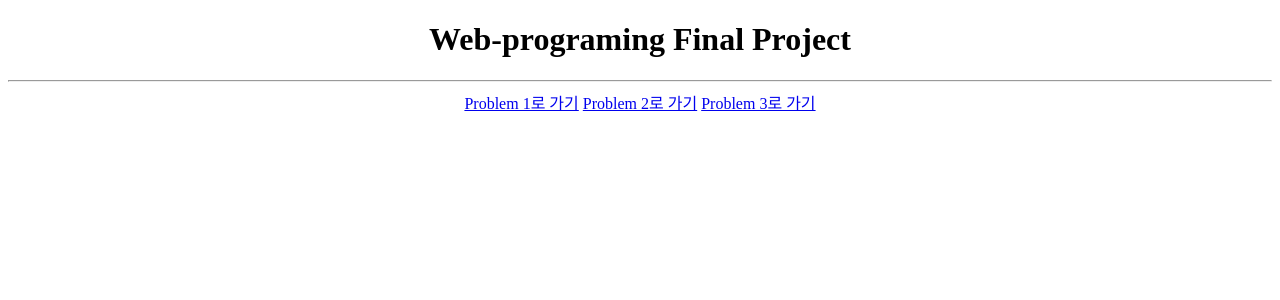
Repository: sonyeseul/pr1
Page: project1/src/main/webapp/main.html
An editor plug-in stored every save of this project. The page is shown before and after the next save, followed by the edit.
The browser window is 1280 px wide. The pictures show the whole page.

Above is the page before, as saved 2023-07-18 10:49:29.

After the next save:
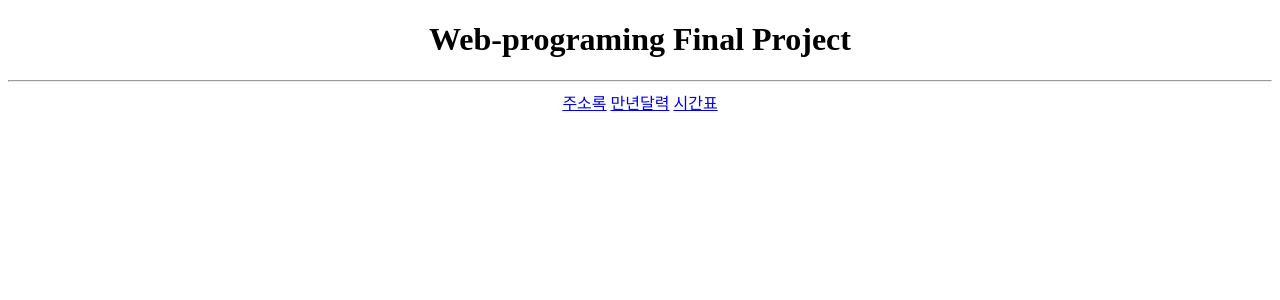
Saved 77 s later.
--- a/project1/src/main/webapp/main.html
+++ b/project1/src/main/webapp/main.html
@@ -8,9 +8,9 @@
 <div align = center>
 <h1>Web-programing Final Project</h1>
 <hr>
-<a href="./Problem1/addr_form.jsp">Problem 1로 가기</a>
-<a href="./Problem2/calendar.jsp">Problem 2로 가기</a>
-<a href="./Problem3/form.jsp">Problem 3로 가기</a>
+<a href="./Problem1/addr_form.jsp">주소록</a>
+<a href="./Problem2/calendar.jsp">만년달력</a>
+<a href="./Problem3/form.jsp">시간표</a>
 </div>
 </body>
 </html>
